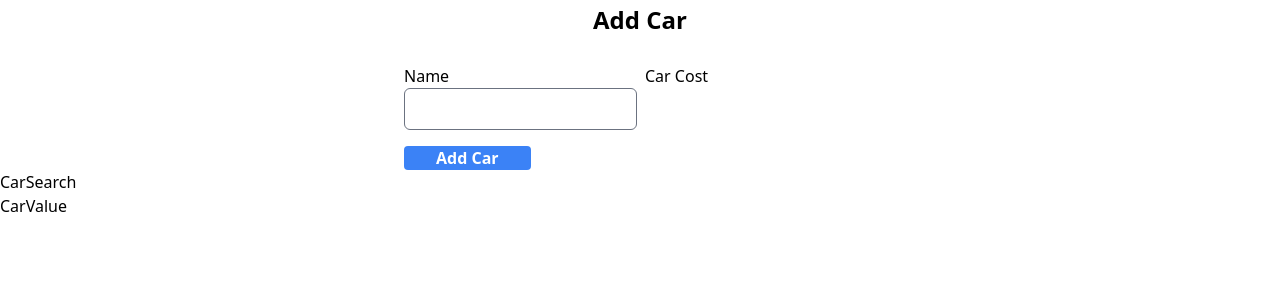
Repository: Marhamat92/carsappreduxtoolkit
Page: /
These files come from the project's save history. The page is drawn as it stood at one moment and after the next save; the edit follows.
The browser window is 1280 px wide. The pictures show the whole page.
The project was rebuilt for these pictures with package versions that can differ from the ones it lists, and the page was loaded fresh each time.

Above is the page before, as saved 2023-01-23 23:00:56.

### src/index.js
import React from 'react';
import ReactDOM from 'react-dom/client';
import './index.css';
import App from './App';
import { Provider } from 'react-redux';
import { store } from './store'


const root = ReactDOM.createRoot(document.getElementById('root'));
root.render(
  <Provider store={store}>
    <App />
  </Provider>
);

### src/App.js
import CarForm from "./components/CarForm";
import CarList from "./components/CarList";
import CarSearch from "./components/CarSearch";
import CarValue from "./components/CarValue";


function App() {
  return (
    <div className="container mx-auto">
      <CarForm />
      <CarSearch />
      <CarList />
      <CarValue />
    </div>
  );
}

export default App;

### src/store/index.js
import { configureStore } from "@reduxjs/toolkit";
import {
  carsReducer,
  addCar,
  removeCar,
  changeSearchTerm,
} from "./slices/carsSlice";
import { formReducer, changeName, changeCost } from "./slices/formSlice";

const store = configureStore({
  reducer: {
    cars: carsReducer,
    form: formReducer,
  },
})

export { store, addCar, removeCar, changeSearchTerm, changeName, changeCost };

### src/components/CarForm.js
import React from 'react'
import { useDispatch, useSelector } from 'react-redux'
import { changeName, changeCost, addCar } from '../store'



function CarForm() {
  const dispatch = useDispatch(); // this is the hook that allows us to dispatch actions to the store
  const { name, cost } = useSelector((state) => { // this is the hook that allows us to access the store
    return {
      name: state.form.name,
      cost: state.form.cost
    }
  })


  const handleNameChange = (e) => {
    dispatch(changeName(e.target.value))
  }

  const handleCostChange = (e) => {
    const carCost = parseInt(e.target.value) || 0;
    dispatch(changeCost(carCost))

  }


  const handleSubmit = (e) => {
    e.preventDefault();
    dispatch(addCar({ name, cost }))
  }



  return (
    <div className='flex flex-col items-center justify-center'>
      <h1 className='font-bold text-2xl py-1' >Add Car</h1>
      <div className='mt-6'>
        <form onSubmit={handleSubmit} className=''>
          <div className='flex flex-row space-x-2'>
            <div className='flex flex-col'>
              <label htmlFor='make'>Name</label>
              <input className=' border border-gray-500 rounded-md py-2

              ' value={name} onChange={handleNameChange} type='text' name='carName' id='carName' />
            </div>
            <div className='flex flex-col'>
              <label htmlFor='price'>Car Cost</label>
              <input value={cost || ''} onChange={handleCostChange} type='number' name='price' id='price' />
            </div>
          </div>
          <button className='bg-blue-500 hover:bg-blue-700 text-white font-bold  px-8 rounded mt-4' type='submit'>Add Car</button>
        </form>
      </div>
    </div>
  )
}

export default CarForm

### src/components/CarList.js
import React from 'react'
import { useSelector, useDispatch } from 'react-redux'
import { removeCar } from '../store'


function CarList() {


  const dispatch = useDispatch();

  const cars = useSelector((state) => {
    return state.cars.data;
  })

  const handleDeleteCar = (car) => {
    dispatch(removeCar(car.id))
  }



  const renderedCars = cars.map((car) => {
    return (
      <div className='flex space-x-3 space-y-3 items-center' key={car.id}>
        <p className='text-3xl' >{car.name} - ${car.cost}</p>
        <button onClick={() => handleDeleteCar(car)} className='bg-red-500 px-4 py-2 text-3xl rounded-md'>
          Remove
        </button>
      </div>
    )
  })




  return (
    <div>{renderedCars}</div>
  )
}

export default CarList

### src/components/CarSearch.js
import React from 'react'

function CarSearch() {
  return (
    <div>CarSearch</div>
  )
}

export default CarSearch

### src/components/CarValue.js
import React from 'react'

function CarValue() {
  return (
    <div>CarValue</div>
  )
}

export default CarValue

### src/store/slices/carsSlice.js
import { createSlice, nanoid } from '@reduxjs/toolkit';

const carsSlice = createSlice({
  name: 'cars',
  initialState: {
    data: [],
    searchTerm: ''
  },
  reducers: {
    changeSearchTerm(state, action) {
      state.searchTerm = action.payload;
    },
    addCar(state, action) {
      //Assumption:
      //action.payload is an object with the following properties:
      //name, cost, id
      state.data.push({
        name: action.payload.name,
        cost: action.payload.cost,
        id: nanoid()
      })
    },
    removeCar(state, action) {
      //Assumption:
      //action.payload is the id of the car to remove
      const updatedCars = state.data.filter((car) => {
        return car.id !== action.payload;
      })
      state.data = updatedCars;
    }

  }
})

export const { changeSearchTerm, addCar, removeCar } = carsSlice.actions;
export const carsReducer = carsSlice.reducer;

### src/store/slices/formSlice.js
import { createSlice } from '@reduxjs/toolkit';

const formSlice = createSlice({
  name: 'form',
  initialState: {
    name: '',
    cost: 0
  },
  reducers: {
    changeName(state, action) {
      state.name = action.payload;
    },
    changeCost(state, action) {
      state.cost = action.payload;
    }
  }
})

export const { changeName, changeCost } = formSlice.actions;
export const formReducer = formSlice.reducer;

Loaded but not shown: public/index.html (common file); src/index.css (common file); tailwind.config.js (common file)

After the next save:
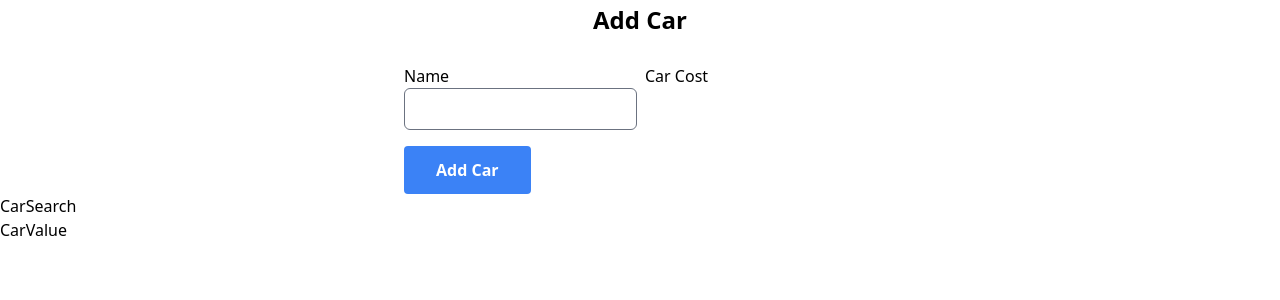
Saved 6 s later.
--- a/src/components/CarForm.js
+++ b/src/components/CarForm.js
@@ -49,7 +49,7 @@ function CarForm() {
               <input value={cost || ''} onChange={handleCostChange} type='number' name='price' id='price' />
             </div>
           </div>
-          <button className='bg-blue-500 hover:bg-blue-700 text-white font-bold  px-8 rounded mt-4' type='submit'>Add Car</button>
+          <button className='bg-blue-500 hover:bg-blue-700 text-white font-bold py-3  px-8 rounded mt-4' type='submit'>Add Car</button>
         </form>
       </div>
     </div>
